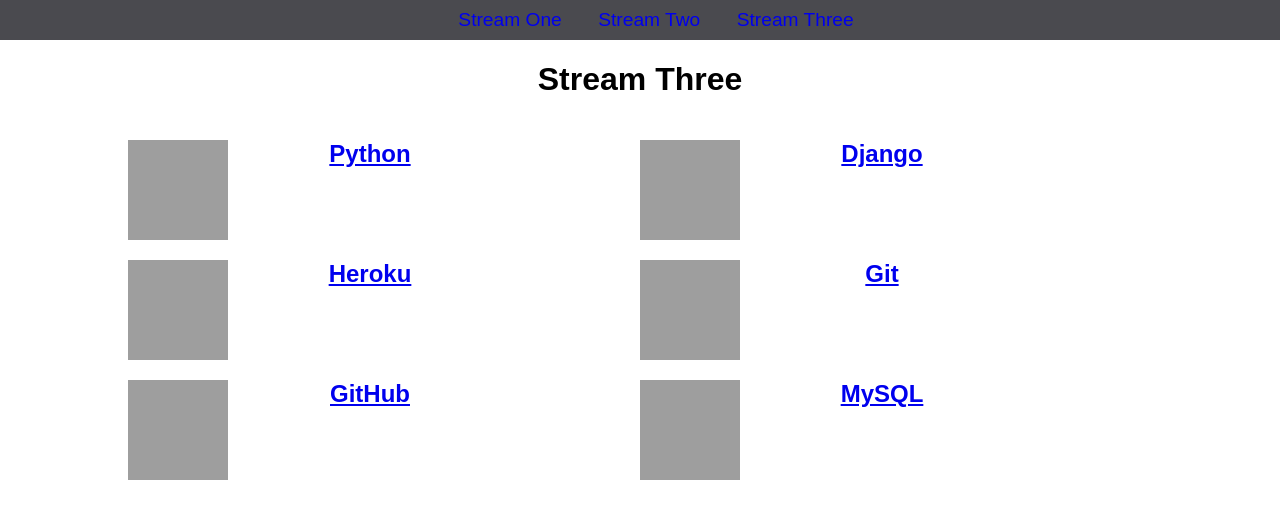
Repository: dof-bull/my-first-website
Page: stream-three.html
The author's editor kept a record of every edit. The page is drawn from the files as they stood at one moment, then again after the next edit.
The browser window is 1280 px wide. The pictures show the whole page.
Pictures or frames that could not be fetched are drawn as grey boxes.

Above is the page before.

### stream-three.html
<!DOCTYPE html>
<html lang="en">
    <head>
        <title>Hello World</title>
        <link rel="stylesheet" href="css/style.css" type="text/css" />
    </head>
    <body>
        <nav>
            <ul>
                <li><a href="index.html">Stream One</a></li>
                <li><a href="stream-two.html">Stream Two</a></li>
                <li><a href="stream-three.html">Stream Three</a></li>
            </ul>
        </nav>
        <h1>Stream Three</h1>
      <!--Python-->
        <div class="card">
            <a href="https://en.wikipedia.org/wiki/Python_(programming_language)">
                <img src="https://encrypted-tbn0.gstatic.com/images?q=tbn:ANd9GcRmGt8t3nFhDb06tB8UtFWeTxFBAywf3EemZNuyUMF80cRyLBariw" alt="Python Logo" />
                <h2>Python</h2>
            </a>
        </div>
    <!--Django-->
       <div class="card">
            <a href="https://en.wikipedia.org/wiki/Django_(web_framework)">
                <img src="https://www.djangoproject.com/m/img/logos/django-logo-negative.png" alt="Django Logo" />
                <h2>Django</h2>
            </a>
        </div>
    <!--Heroku-->
        <div class="card">
            <a href="https://en.wikipedia.org/wiki/Heroku">
                <img src="https://upload.wikimedia.org/wikipedia/zh/thumb/e/ec/Heroku_logo.svg/1200px-Heroku_logo.svg.png" alt="Heroku Logo" />
                <h2>Heroku</h2>
            </a>
        </div>
    <!--Git-->
        <div class="card">
            <a href="https://en.wikipedia.org/wiki/Git">
                <img src="https://stickeroid.com/uploads/pic/full/thumb/stickeroid_5bf5475aa0ad1.png" alt="Git Logo"/>
                <h2>Git</h2>
            </a>
        </div>
    <!--GitHub-->
        <div class="card">
            <a href="https://en.wikipedia.org/wiki/GitHub">
                <img src="https://github.githubassets.com/images/modules/open_graph/github-mark.png" alt="GitHub Logo" />
                <h2>GitHub</h2>
            </a>
        </div>
   <!--MySQL-->
        <div class="card">
            <a href="https://en.wikipedia.org/wiki/MySQL">
                <img src="https://upload.wikimedia.org/wikipedia/en/thumb/6/62/MySQL.svg/1200px-MySQL.svg.png" alt="My SQL Logo" />
                <h2>MySQL</h2>
            </a>
        </div>
    </body>
</html>

### css/style.css
body {
    margin: 0;
    padding: 0;
    font-family: 'Oswald' , sans-serif;
}

nav ul{
    list-style: none;
    background-color: #4a4a4f;
    text-align: center;
    margin: 0;
    padding: 0;
}

nav li{
    font-size: 1.2em;
    line-height: 40px;
    height: 40px;
    display: inline-block;
    margin-left: 2.5%
}

nav a {
    text-decoration: none;
    color: #fffff;
    display: block
}

nav a:hover {
  background-color: #fff;
  color: #4a4a4f;
}

.card{
    float: left;
    width: 30%;
    margin-left: 10%;
}

.card a{
    text-align: center;

}

img {
    position: static;
    float: left;
    width:  100px;
    height: 100px;
    background-position: 50% 50%;
    background-repeat:   no-repeat;
    background-size:     cover;
    margin-top: 20px;
}

h1 {
    text-align: center;
}

After the next edit:
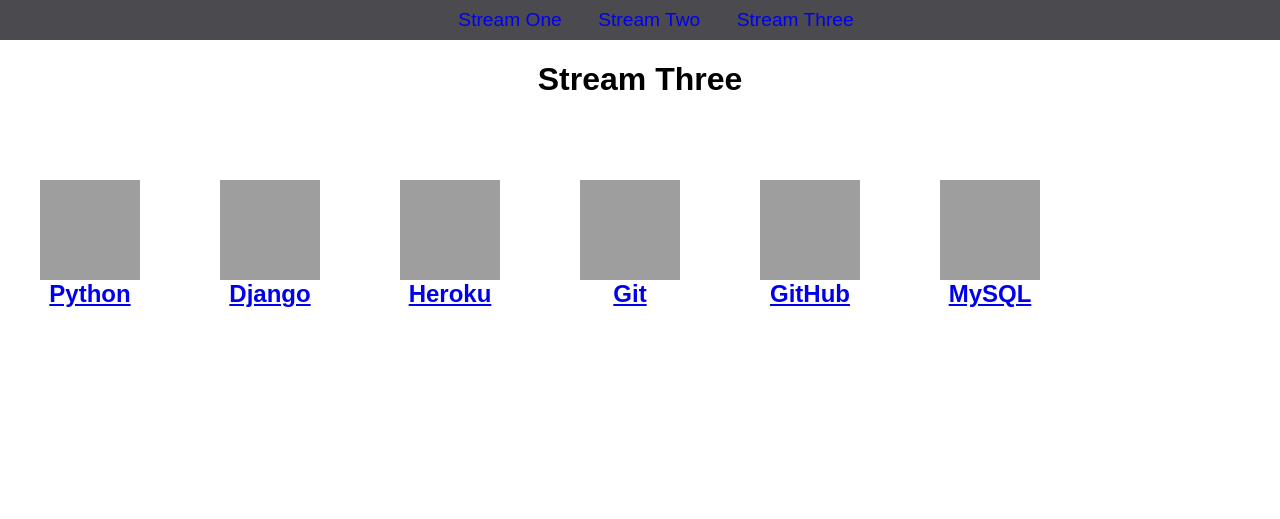
The edit:
--- a/css/style.css
+++ b/css/style.css
@@ -32,9 +32,14 @@
 }
 
 .card{
+    position: static;
     float: left;
-    width: 30%;
-    margin-left: 10%;
+    width:  100px;
+    height: 100px;
+    background-position: 50% 50%;
+    background-repeat:   no-repeat;
+    background-size:     cover;
+    margin: 40px 40px;
 }
 
 .card a{
